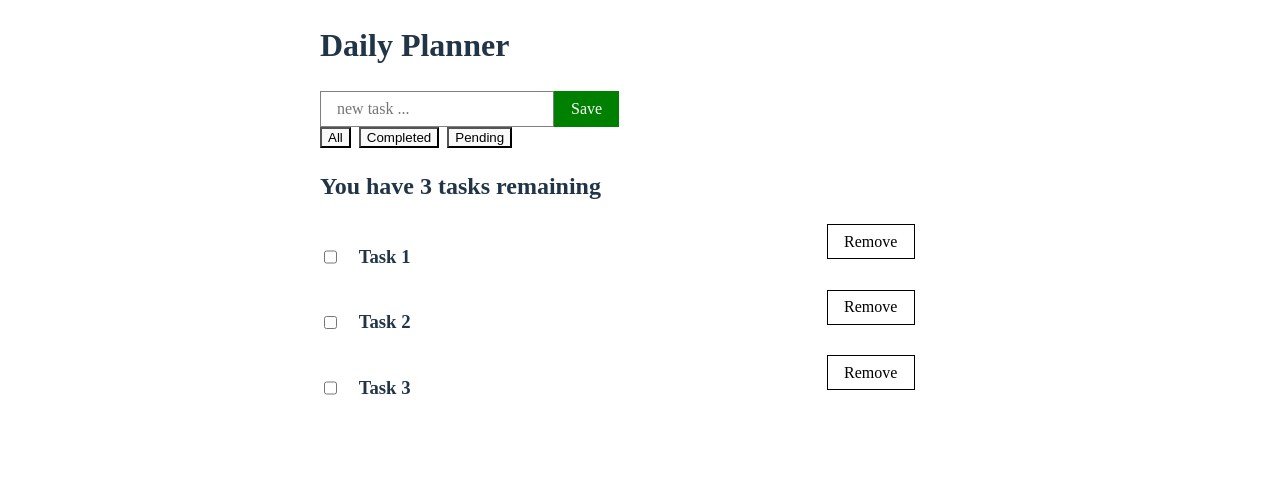
Repository: SamanthaYan298/my_planner
Page: /
The author's editor kept a copy of each file at every save. The page is drawn from the files as they stood at one save, then again after the next save.
The browser window is 1280 px wide. The pictures show the whole page.
The project was rebuilt for these pictures with package versions that can differ from the ones it lists, and the page was loaded fresh each time. Also part of the build but not shown: vite.config.js.

Above is the page before, as saved 2024-10-25 00:41:46.

### src/App.jsx
import { useState } from 'react'
import './App.css'

const data = [
  {
    id: 1,
    title: 'Task 1',
    checked: false
  },
  {
    id: 2,
    title: 'Task 2',
    checked: false
  },
  {
    id: 3,
    title: 'Task 3',
    checked: false // set default display as none
  }
]

function App() {

  const [tasks, setTasks] = useState(""); // hold the current list of tasks and update the tasks.
  const [addTask, setAddTask] = useState(data);
  const currentTasks = addTask.filter(task => !task.checked).length;

  function handleChange(e) {
    setTasks(e.target.value);
  }

  function handleAddTask(e) {
    e.preventDefault();
    // helps ensure that users only add text-format tasks, not whitespace.
    if(tasks.trim()) {
      setAddTask([...addTask, {id: addTask.length + 1, title: tasks}]);
      setTasks(''); // clear the input after adding new tasks.
    }
  }

  function handleDelete(taskId) {
    setAddTask(addTask.filter(task => task.id !== taskId)); // filter tasks by their Ids.
  }

  function toggleChecked(id) {
    setAddTask(addTask.map(task =>
      task.id === id ? {...task, checked: !task.checked} : task
    ));
  }

  return (
    <>
      <div className='main'>
        <h1>Daily Planner</h1>

        {/* form */}
        <form onSubmit={handleAddTask}>
          <input
            type="text"
            className='form-input'
            placeholder='new task ...'
            value={tasks}
            onChange={handleChange}
          />
          <button className='form-btn'>Save</button>
        </form>

        <div className='buttons'>
          <button className='list-btn'>All</button>
          <button className='list-btn'>Completed</button>
          <button className='list-btn'>Pending</button>
        </div>

        <h2>You have {currentTasks} tasks remaining</h2>

        {/* task list */}
        <div>
          {addTask.map(task => (
            <div className='task-list' key={task.id}>
              <input
                type="checkbox"
                checked={task.checked}
                onChange={() => toggleChecked(task.id)}
              />
              <h3 className={task.checked ? 'checked' : ''}>{task.title}</h3>
              <button className='task-btn' onClick={() => handleDelete(task.id)}>Remove</button>
          </div>
          ))}
        </div>

      </div>
    </>
  )
}

export default App

### src/index.css
:root {
  font-family: Inter, system-ui, Avenir, Helvetica, Arial, sans-serif;
  line-height: 1.5;
  font-weight: 400;

  color-scheme: light dark;
  color: rgba(255, 255, 255, 0.87);
  background-color: #242424;

  font-synthesis: none;
  text-rendering: optimizeLegibility;
  -webkit-font-smoothing: antialiased;
  -moz-osx-font-smoothing: grayscale;
}

a {
  font-weight: 500;
  color: #646cff;
  text-decoration: inherit;
}
a:hover {
  color: #535bf2;
}

body {
  margin: 0;
  display: flex;
  flex-direction: column;
  align-items: flex-start;
  justify-content: flex-start;
  min-width: 320px;
  min-height: 100vh;
  padding-top: 0;
  text-align: left;
  left: 0;
}


/* h1 {
  font-size: 3.2em;
  line-height: 1.1;
} */

/* button {
  border-radius: 8px;
  border: 1px solid transparent;
  padding: 0.6em 1.2em;
  font-size: 1em;
  font-weight: 500;
  font-family: inherit;
  background-color: #1a1a1a;
  cursor: pointer;
  transition: border-color 0.25s;
}
button:hover {
  border-color: #646cff;
}
button:focus,
button:focus-visible {
  outline: 4px auto -webkit-focus-ring-color;
} */

@media (prefers-color-scheme: light) {
  :root {
    color: #213547;
    background-color: #ffffff;
  }
  a:hover {
    color: #747bff;
  }
  button {
    background-color: #f9f9f9;
  }
}

### src/App.css
#root {
  max-width: 100%;
  margin-left: 20em;
  padding: 0;
  top: 0;
  font-family: "Playfair Display", serif;
}

.main {
  text-align: left;
}

.task-list {
  display: flex;
  flex-direction: row;
}

.form-btn {
  background-color: green;
  border: 1px solid green;
  color: white;
  padding: 0.5em 1em;
  font-family: "Playfair Display", serif;
  font-size: 1em;
}

.task-btn {
  border: 1px solid;
  background-color: white;
  width: 5.5em;
  height: 2.2em;
  font-family: "Playfair Display", serif;
  font-size: 1em;
  cursor: pointer;
}

.form-input {
  padding: 0.5em 1em;
  border: 1px solid;
  height: 1.15em;
  font-family: "Playfair Display", serif;
  color: grey;
  font-size: 1em;
}

div h3 {
  margin-left: 1em;
  min-width: 25em;
}

.checked {
  color: grey;
  text-decoration: line-through;
}

.buttons {
  display: flex;
  gap: 8px;
}

Loaded but not shown: index.html (common file); src/main.jsx (common file)

After the next save:
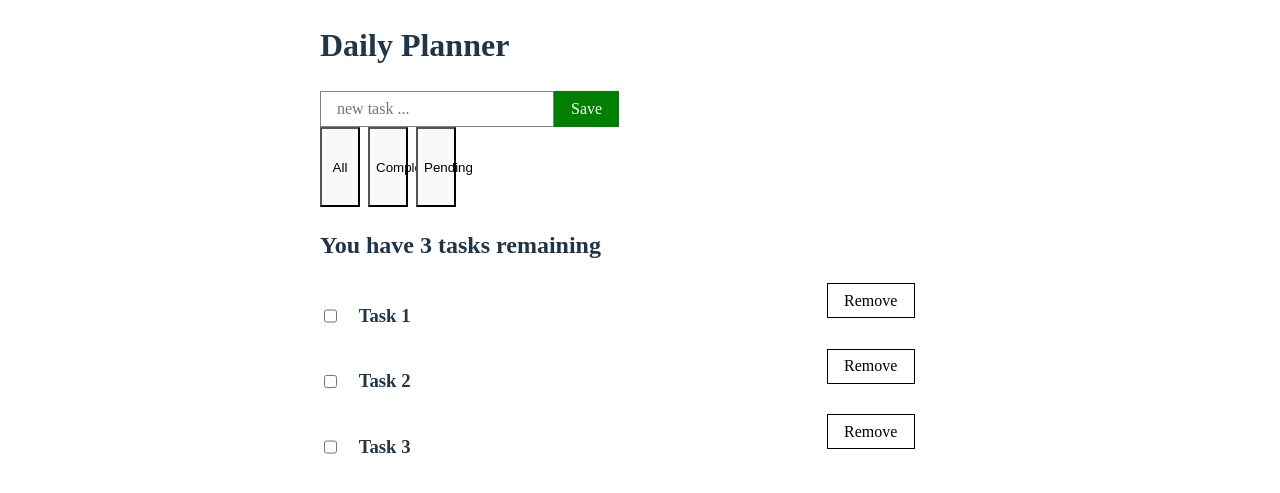
Saved 24 s later.
--- a/src/App.css
+++ b/src/App.css
@@ -57,3 +57,8 @@
   display: flex;
   gap: 8px;
 }
+
+.list-btn {
+  width: 40px;
+  height: 80px;
+}
